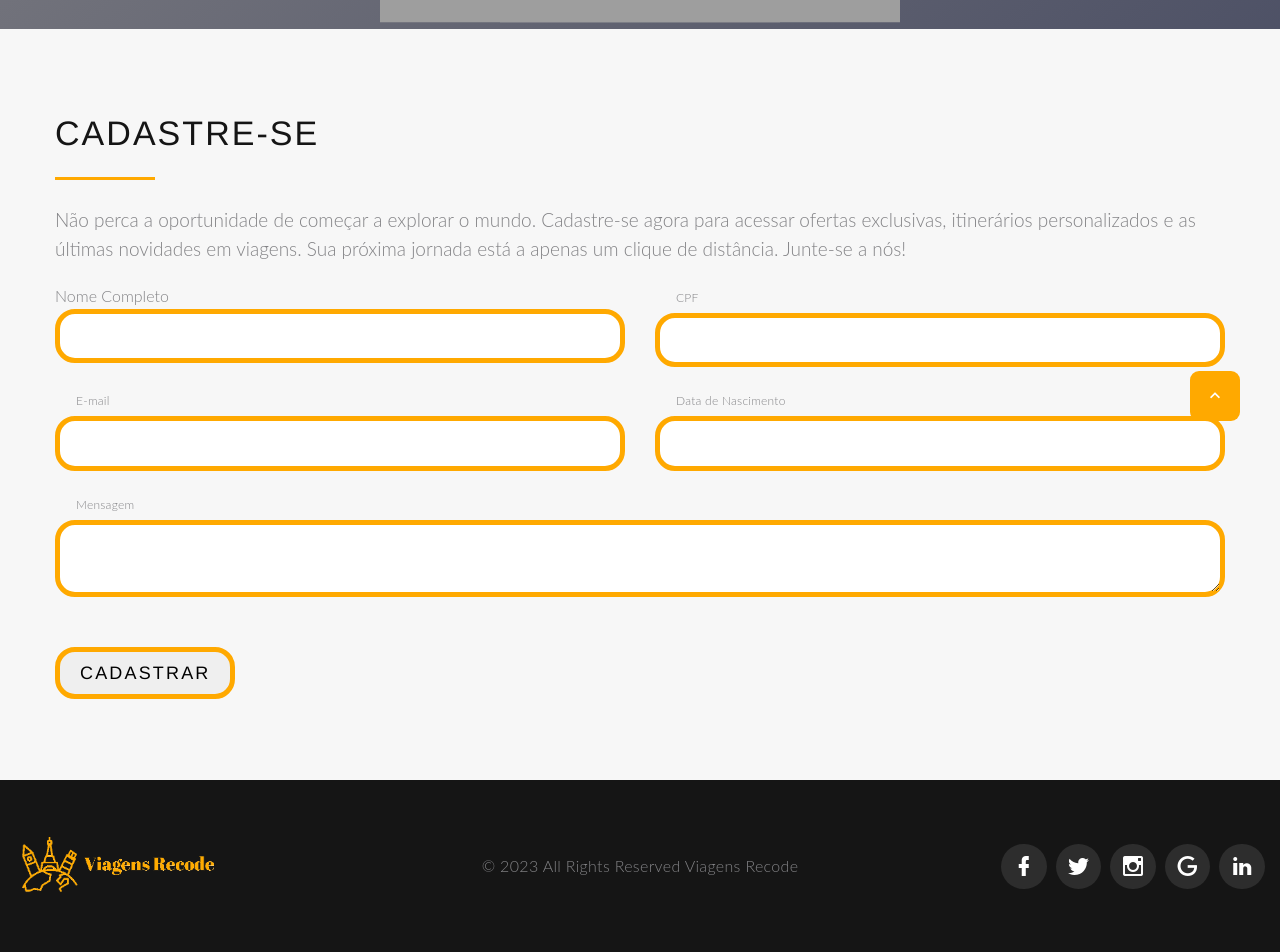
Repository: LiraS23/RecodePro2023-Modulo-4
Page: java/Modulo4/src/main/webapp/cliente.html
An editor plug-in stored every save of this project. The page is shown before and after the next save, followed by the edit.
The browser window is 1280 px wide. The pictures show the part of the page from y = 359 to 1311 px (the page is 1311 px tall before and 1185 px after).
Pictures or frames that could not be fetched are drawn as grey boxes. Some web fonts or font styles are not loaded; a fallback is used.

Above is the page before, as saved 2023-10-28 14:24:57.

After the next save:
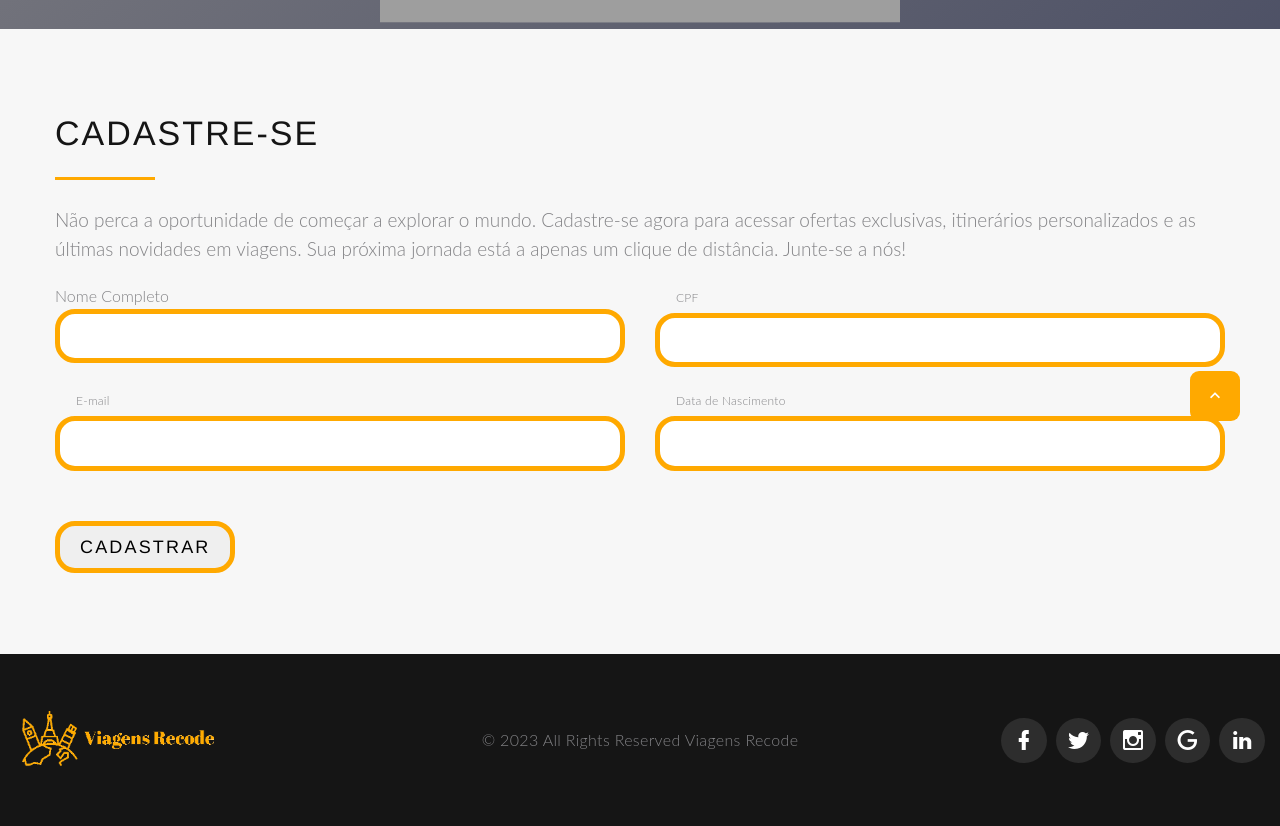
Saved 10 s later.
--- a/java/Modulo4/src/main/webapp/cliente.html
+++ b/java/Modulo4/src/main/webapp/cliente.html
@@ -126,15 +126,6 @@
 													data-constraints="@Numeric @Required" />
 											</div>
 										</div>
-										<div class="col-sm-12">
-											<div class="form-wrap form-wrap-validation">
-												<label class="form-label-outside" for="form-1-message">Mensagem</label>
-												<textarea class="form-control"
-													style="border: 5px solid #FFA900; border-radius: 20px;"
-													id="form-1-message" name="mensagem"
-													data-constraints="@Required"></textarea>
-											</div>
-										</div>
 										<div class="col-sm-12 offset-custom-1">
 											<div class="form-button">
 												<button class="btn btn-secondary"
